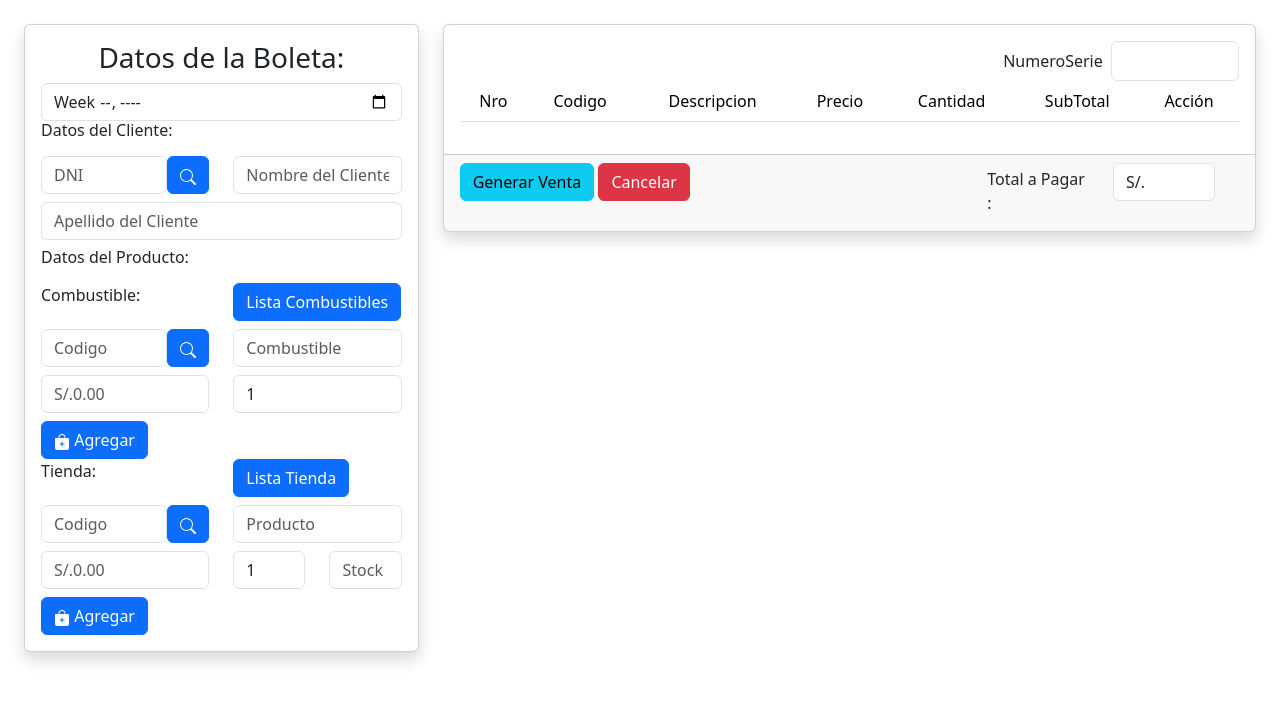
Repository: alexpool1122/evaluaciones
Page: http://localhost/Centenario2023/Ventas.jsp
These files come from the project's save history. The page is drawn as it stood at one moment and after the next save; the edit follows.
The browser window is 1280 px wide. The pictures show the whole page.
The page is served by Tomcat 10. Other server files are loaded and not shown. The template is opened directly, without the code that normally fills it, so the values that code supplies are empty.

Above is the page before, as saved 2023-06-27 02:17:33.

### ProyectoFinal/Proyecto/Centenario2023/src/main/webapp/Ventas.jsp
<%@page import="Entidad.Empleado"%>
<%@page import="java.sql.ResultSet"%>
<%@page import="java.sql.PreparedStatement"%>
<%@page import="java.sql.DriverManager"%>
<%@page import="java.sql.Connection"%>
<%@page import="Entidad.Combustible"%>
<%@page import="java.awt.event.ItemEvent"%>
<%@page import="org.apache.tomcat.util.descriptor.tld.TldRuleSet.Variable"%>
<%@page import="org.eclipse.jdt.internal.compiler.ast.ForeachStatement"%>
<%@page import="org.apache.jasper.tagplugins.jstl.core.ForEach"%>
<%@page import="Entidad.Venta"%>
<%@page import="java.util.List"%>
<%@ page language="java" contentType="text/html; charset=ISO-8859-1"
    pageEncoding="ISO-8859-1"%>
<!DOCTYPE html>
<html>
<head>
    <meta charset="utf-8">
    <meta name="viewport" content="width=device-width, initial-scale=1">
    <title>Ventas</title>
    <link href="https://cdn.jsdelivr.net/npm/bootstrap@5.3.0-alpha3/dist/css/bootstrap.min.css" rel="stylesheet" integrity="sha384-KK94CHFLLe+nY2dmCWGMq91rCGa5gtU4mk92HdvYe+M/SXH301p5ILy+dN9+nJOZ" crossorigin="anonymous">
</head>
<body>
	<%
		Class.forName("com.mysql.jdbc.Driver");
		String url = "jdbc:mysql://localhost:3306/BDCentenario23";
		String usuario = "root";
		String clave = "mysql";
		String sql ;
		Connection cn = DriverManager.getConnection(url,usuario,clave) ;
		PreparedStatement pstm ;
		ResultSet rs ;
	%>
	<div class="m-4">
		<div class="row">
			<div class="col-4">
				<div class="card shadow">
					<div class="card-body">
						<h3 class="text-center">Datos de la Boleta:</h3>
						<form action="Controlador?menu=Venta" method="post">
							<div class="form-group">
								<input type="week" class="form-control">
							</div>
							<div class="form-group row mb-2">
								<h6>Datos del Cliente:</h6>
							</div>
							<div class="form-group row mb-2">
								<div class="col-6 d-flex">
									<input type="text" class="form-control" name="txtDniCliente"id="codCliente" placeholder="DNI" value="${cliente.getDniCliente() }">
									<button type="submit" class="btn btn-primary" value="BuscarCliente" name="accion" id="buscarCliente">
										<svg xmlns="http://www.w3.org/2000/svg" width="16" height="16" fill="currentColor" class="bi bi-search" viewBox="0 0 16 16">
										  <path d="M11.742 10.344a6.5 6.5 0 1 0-1.397 1.398h-.001c.03.04.062.078.098.115l3.85 3.85a1 1 0 0 0 1.415-1.414l-3.85-3.85a1.007 1.007 0 0 0-.115-.1zM12 6.5a5.5 5.5 0 1 1-11 0 5.5 5.5 0 0 1 11 0z"/>
										</svg>
									</button>
								</div>
								<div class="col-6">
										<input type="text" class="form-control" name="txtCliente" value="${cliente.getNomCliente()}" id="nomCliente" placeholder="Nombre del Cliente">
									</div>
								<div class=" mt-2">
									<input type="text" class="form-control" name="txtCliente" value="${cliente.getApeCliente()}" id="nomCliente" placeholder="Apellido del Cliente">
								</div>
							</div>
							<div class="form-group row mb-2">
								<h6>Datos del Producto:</h6>
							</div>
							<div class="form-group row mb-2">
								<div class="col-6">
									<label>Combustible:</label>
								</div>
								<div class="col-6">
									<!-- Button trigger modal -->
									<button type="button" class="btn btn-primary" data-bs-toggle="modal" data-bs-target="#exampleModal">
									  Lista Combustibles
									</button>

									<!-- Modal -->
									<div class="modal fade" id="exampleModal" tabindex="-1" aria-labelledby="exampleModalLabel" aria-hidden="true">
									  <div class="modal-dialog">
									    <div class="modal-content">
									      <div class="modal-header">
									        <h1 class="modal-title fs-5" id="exampleModalLabel">Lista de los Combustibles</h1>
									        <button type="button" class="btn-close" data-bs-dismiss="modal" aria-label="Close"></button>
									      </div>
									      <div class="modal-body">
									        <table class="table">
												<tr>
													<td>Codigo</td>
													<td>Producto</td>
													<td>Capacidad</td>
													<td>Precio</td>
													<td>Estado</td>
												</tr>
												<%
													sql = "select * from productoCombustible";
													pstm = cn.prepareStatement(sql);
													rs = pstm.executeQuery();
													while(rs.next()){
												%>
												<tr>
														<td><%= rs.getString(1) %></td>
														<td><%= rs.getString(2) %></td>
														<td><%= rs.getDouble(3) %></td>
														<td><%= rs.getDouble(4) %></td>
														<td><%= rs.getString(5) %></td>
												</tr>
												<%} %>
											</table>
									      </div>
									      <div class="modal-footer">
									        <button type="button" class="btn btn-danger" data-bs-dismiss="modal">Cerrar</button>
									      </div>
									    </div>
									  </div>
									</div>
								</div>
							</div>
							<div class="form-group row mb-2">
								<div class="col-6 d-flex">
									<input type="text" class="form-control" name="txtCodigo" placeholder="Codigo" value="${combustible.getCodProdComb() }">
									<button type="submit" class="btn btn-primary" value="BuscarCombustible" name="accion" id="buscarCombustible">
										<svg xmlns="http://www.w3.org/2000/svg" width="16" height="16" fill="currentColor" class="bi bi-search" viewBox="0 0 16 16">
										  <path d="M11.742 10.344a6.5 6.5 0 1 0-1.397 1.398h-.001c.03.04.062.078.098.115l3.85 3.85a1 1 0 0 0 1.415-1.414l-3.85-3.85a1.007 1.007 0 0 0-.115-.1zM12 6.5a5.5 5.5 0 1 1-11 0 5.5 5.5 0 0 1 11 0z"/>
										</svg>
									</button>
								</div>
								<div class="col-6">
									<input type="text" class="form-control" name="txtCombustible" placeholder="Combustible" value="${combustible.getNomComb()}">
								</div>
							</div>
							<div class="form-group row mb-2">
								<div class="col-6">
									<input type="text" class="form-control" name="txtPrecio" id="precio" placeholder="S/.0.00" value="${combustible.getPrecio()}">
								</div>
								<div class="col-6">
									<input type="number" class="form-control" name="txtCantidad" id="cantidad" placeholder="Cantidad" value="1"  title="Ingrese un número decimal válido">
								</div>
							</div>
							<div>
								<button type="submit" class="btn btn-primary" value="AgregarCombustible" name="accion" id="agregar">
									<svg xmlns="http://www.w3.org/2000/svg" width="16" height="16" fill="currentColor" class="bi bi-bag-plus-fill" viewBox="0 0 16 16">
									  <path fill-rule="evenodd" d="M10.5 3.5a2.5 2.5 0 0 0-5 0V4h5v-.5zm1 0V4H15v10a2 2 0 0 1-2 2H3a2 2 0 0 1-2-2V4h3.5v-.5a3.5 3.5 0 1 1 7 0zM8.5 8a.5.5 0 0 0-1 0v1.5H6a.5.5 0 0 0 0 1h1.5V12a.5.5 0 0 0 1 0v-1.5H10a.5.5 0 0 0 0-1H8.5V8z"/>
									</svg>
									 Agregar
								</button>
							</div>
							<div class="form-group row mb-2">
								<div class="col-6">
									<label>Tienda:</label>
								</div>
								<div class="col-6">
									<button type="button" class="btn btn-primary" data-bs-toggle="modal" data-bs-target="#listaTienda">
									  Lista Tienda
									</button>
									<!-- Modal -->
									<div class="modal fade" id="listaTienda" tabindex="-1" aria-labelledby="exampleModalLabel" aria-hidden="true">
									  <div class="modal-dialog">
									    <div class="modal-content">
									      <div class="modal-header">
									        <h1 class="modal-title fs-5" id="exampleModalLabel">Lista de los Productos</h1>
									        <button type="button" class="btn-close" data-bs-dismiss="modal" aria-label="Close"></button>
									      </div>
									      <div class="modal-body">
									        <table class="table">
												<tr>
													<td>Codigo</td>
													<td>Producto</td>
													<td>Precio</td>
													<td>Stock</td>
												</tr>
												<%
													sql = "select * from productoTienda";
													pstm = cn.prepareStatement(sql);
													rs = pstm.executeQuery();
													while(rs.next()){
												%>
												<tr>
														<td><%= rs.getString(1) %></td>
														<td><%= rs.getString(2) %></td>
														<td><%= rs.getDouble(5) %></td>
														<td><%= rs.getInt(6) %></td>
												</tr>
												<%} %>
											</table>
									      </div>
									      <div class="modal-footer">
									        <button type="button" class="btn btn-danger" data-bs-dismiss="modal">Cerrar</button>
									      </div>
									    </div>
									  </div>
									</div>
								</div>
							</div>
							<div class="form-group row mb-2">
								<div class="col-6 d-flex">
									<input type="text" class="form-control" name="txtCodPro" id="codProducto" placeholder="Codigo" value="${producto.getCodProdTie()}">
									<button type="submit" class="btn btn-primary" value="BuscarProducto" name="accion" id="buscarProducto">
										<svg xmlns="http://www.w3.org/2000/svg" width="16" height="16" fill="currentColor" class="bi bi-search" viewBox="0 0 16 16">
										  <path d="M11.742 10.344a6.5 6.5 0 1 0-1.397 1.398h-.001c.03.04.062.078.098.115l3.85 3.85a1 1 0 0 0 1.415-1.414l-3.85-3.85a1.007 1.007 0 0 0-.115-.1zM12 6.5a5.5 5.5 0 1 1-11 0 5.5 5.5 0 0 1 11 0z"/>
										</svg>
									</button>
								</div>
								<div class="col-6">
									<input type="text" class="form-control" name="txtProducto" id="nomProducto" placeholder="Producto" value="${producto.getNomProdTie()}">
								</div>
							</div>
							<div class="form-group row mb-2">
								<div class="col-6">
									<input type="text" class="form-control" name="txtPrecioProducto" id="precio" placeholder="S/.0.00" value="${producto.getPrecio()}">
								</div>
								<div class="col-3">
									<input type="number" class="form-control" name="txtCantidadProducto" id="cantidad" placeholder="Cant" value="1">
								</div>
								<div class="col-3">
									<input type="text" class="form-control" name="txtStock" id="stockProducto" placeholder="Stock" value="${producto.getStock()}">
								</div>
							</div>
							<div>
								<button type="submit" class="btn btn-primary" value="AgregarProducto" name="accion" id="agregar">
									<svg xmlns="http://www.w3.org/2000/svg" width="16" height="16" fill="currentColor" class="bi bi-bag-plus-fill" viewBox="0 0 16 16">
									  <path fill-rule="evenodd" d="M10.5 3.5a2.5 2.5 0 0 0-5 0V4h5v-.5zm1 0V4H15v10a2 2 0 0 1-2 2H3a2 2 0 0 1-2-2V4h3.5v-.5a3.5 3.5 0 1 1 7 0zM8.5 8a.5.5 0 0 0-1 0v1.5H6a.5.5 0 0 0 0 1h1.5V12a.5.5 0 0 0 1 0v-1.5H10a.5.5 0 0 0 0-1H8.5V8z"/>
									</svg>
									 Agregar
								</button>
							</div>
						</form>
					</div>
				</div>
			</div>
			<div class="col-8">
				<div class="card shadow">
					<div class="card-body">
						<div class="row">
							<div class="col-8"></div>
							<div class="col-4 d-flex">
								<label class="m-2">NumeroSerie</label>
								<input type="text" class="form-control" value="${nSerie}">
							</div>
						</div>
						<table class="table">
							<tr class="text-center">
								<td>Nro</td>
								<td>Codigo</td>
								<td>Descripcion</td>
								<td>Precio</td>
								<td>Cantidad</td>
								<td>SubTotal</td>
								<td>Acción</td>
							</tr>
							<%
								List<Venta> listaVenta = (List<Venta>) request.getAttribute("ListaVenta");
								if(listaVenta != null){
									for(Venta venta:listaVenta){
							%>
							<tr class="text-center">
								<td><%= venta.getItem() %></td>
								<td><%= venta.getCodProdTie() != null ? venta.getCodProdTie() : venta.getCodProdComb() %></td>
								<td><%= venta.getDescripcion() %></td>
								<td><%= venta.getPrecio() %></td>
								<td><%= venta.getCantidad() %></td>
								<td><%= venta.getSubTotal() %></td>
								<td class="text-center">
									<a href="#" class="btn btn-warning">
										<svg xmlns="http://www.w3.org/2000/svg" width="16" height="16" fill="currentColor" class="bi bi-pencil-square" viewBox="0 0 16 16">
										  <path d="M15.502 1.94a.5.5 0 0 1 0 .706L14.459 3.69l-2-2L13.502.646a.5.5 0 0 1 .707 0l1.293 1.293zm-1.75 2.456-2-2L4.939 9.21a.5.5 0 0 0-.121.196l-.805 2.414a.25.25 0 0 0 .316.316l2.414-.805a.5.5 0 0 0 .196-.12l6.813-6.814z"/>
										  <path fill-rule="evenodd" d="M1 13.5A1.5 1.5 0 0 0 2.5 15h11a1.5 1.5 0 0 0 1.5-1.5v-6a.5.5 0 0 0-1 0v6a.5.5 0 0 1-.5.5h-11a.5.5 0 0 1-.5-.5v-11a.5.5 0 0 1 .5-.5H9a.5.5 0 0 0 0-1H2.5A1.5 1.5 0 0 0 1 2.5v11z"/>
										</svg>
									</a>
									<a href="#" class="btn btn-danger">
										<svg xmlns="http://www.w3.org/2000/svg" width="16" height="16" fill="currentColor" class="bi bi-trash" viewBox="0 0 16 16">
										  <path d="M5.5 5.5A.5.5 0 0 1 6 6v6a.5.5 0 0 1-1 0V6a.5.5 0 0 1 .5-.5Zm2.5 0a.5.5 0 0 1 .5.5v6a.5.5 0 0 1-1 0V6a.5.5 0 0 1 .5-.5Zm3 .5a.5.5 0 0 0-1 0v6a.5.5 0 0 0 1 0V6Z"/>
										  <path d="M14.5 3a1 1 0 0 1-1 1H13v9a2 2 0 0 1-2 2H5a2 2 0 0 1-2-2V4h-.5a1 1 0 0 1-1-1V2a1 1 0 0 1 1-1H6a1 1 0 0 1 1-1h2a1 1 0 0 1 1 1h3.5a1 1 0 0 1 1 1v1ZM4.118 4 4 4.059V13a1 1 0 0 0 1 1h6a1 1 0 0 0 1-1V4.059L11.882 4H4.118ZM2.5 3h11V2h-11v1Z"/>
										</svg>
									</a>
								</td>
							</tr>
							<%		}
								}%>

								<%
								List<Venta> listaVentaC = (List<Venta>) request.getAttribute("ListaVentaC");
								if(listaVentaC != null){
									for(Venta ventaC:listaVentaC){
							%>
							<tr class="text-center">
								<td><%= ventaC.getItem() %></td>
								<td><%= ventaC.getCodProdComb() != null ? ventaC.getCodProdComb() : ventaC.getCodProdTie() %></td>
								<td><%= ventaC.getDescripcion() %></td>
								<td><%= ventaC.getPrecio() %></td>
								<td><%= ventaC.getCantidad() %></td>
								<td><%= ventaC.getSubTotal() %></td>
								<td class="text-center">
									<a href="#" class="btn btn-warning">
										<svg xmlns="http://www.w3.org/2000/svg" width="16" height="16" fill="currentColor" class="bi bi-pencil-square" viewBox="0 0 16 16">
										  <path d="M15.502 1.94a.5.5 0 0 1 0 .706L14.459 3.69l-2-2L13.502.646a.5.5 0 0 1 .707 0l1.293 1.293zm-1.75 2.456-2-2L4.939 9.21a.5.5 0 0 0-.121.196l-.805 2.414a.25.25 0 0 0 .316.316l2.414-.805a.5.5 0 0 0 .196-.12l6.813-6.814z"/>
										  <path fill-rule="evenodd" d="M1 13.5A1.5 1.5 0 0 0 2.5 15h11a1.5 1.5 0 0 0 1.5-1.5v-6a.5.5 0 0 0-1 0v6a.5.5 0 0 1-.5.5h-11a.5.5 0 0 1-.5-.5v-11a.5.5 0 0 1 .5-.5H9a.5.5 0 0 0 0-1H2.5A1.5 1.5 0 0 0 1 2.5v11z"/>
										</svg>
									</a>
									<a href="#" class="btn btn-danger">
										<svg xmlns="http://www.w3.org/2000/svg" width="16" height="16" fill="currentColor" class="bi bi-trash" viewBox="0 0 16 16">
										  <path d="M5.5 5.5A.5.5 0 0 1 6 6v6a.5.5 0 0 1-1 0V6a.5.5 0 0 1 .5-.5Zm2.5 0a.5.5 0 0 1 .5.5v6a.5.5 0 0 1-1 0V6a.5.5 0 0 1 .5-.5Zm3 .5a.5.5 0 0 0-1 0v6a.5.5 0 0 0 1 0V6Z"/>
										  <path d="M14.5 3a1 1 0 0 1-1 1H13v9a2 2 0 0 1-2 2H5a2 2 0 0 1-2-2V4h-.5a1 1 0 0 1-1-1V2a1 1 0 0 1 1-1H6a1 1 0 0 1 1-1h2a1 1 0 0 1 1 1h3.5a1 1 0 0 1 1 1v1ZM4.118 4 4 4.059V13a1 1 0 0 0 1 1h6a1 1 0 0 0 1-1V4.059L11.882 4H4.118ZM2.5 3h11V2h-11v1Z"/>
										</svg>
									</a>
								</td>
							</tr>
							<%		}
								}%>
						</table>
					</div>
					<div class="card-footer">
						<div class="row">
							<div class="col-6">
								<input class="btn btn-info" type="submit" value="Generar Venta" name="agregar" id="agregar">
								<input class="btn btn-danger" type="submit" value="Cancelar" name="agregar" id="Cancelar">
							</div>
							<div class="col-6 row">
								<div class="col-4"></div>
								<div class="col-4 d-flex">
									<label class="form-label w-100 mt-1">Total a Pagar :</label>
								</div>
								<div class="col-4">
									<input type="text" class="form-control" value="S/. ${TotalPagar}">
								</div>
							</div>
						</div>
					</div>
				</div>
			</div>
		</div>
	</div>
	<script src="https://cdn.jsdelivr.net/npm/bootstrap@5.3.0-alpha3/dist/js/bootstrap.bundle.min.js" integrity="sha384-ENjdO4Dr2bkBIFxQpeoTz1HIcje39Wm4jDKdf19U8gI4ddQ3GYNS7NTKfAdVQSZe" crossorigin="anonymous"></script>
</body>
</html>

After the next save:
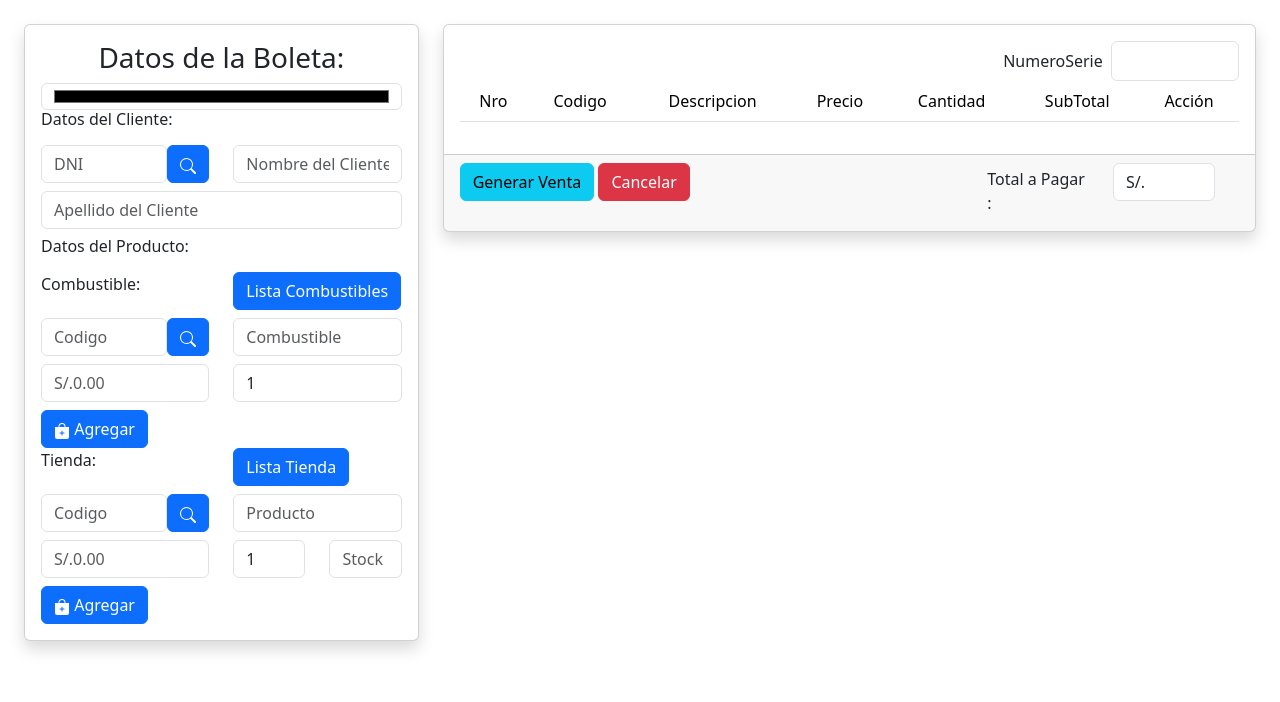
Saved 25 s later.
--- a/ProyectoFinal/Proyecto/Centenario2023/src/main/webapp/Ventas.jsp
+++ b/ProyectoFinal/Proyecto/Centenario2023/src/main/webapp/Ventas.jsp
@@ -39,7 +39,7 @@
 						<h3 class="text-center">Datos de la Boleta:</h3>
 						<form action="Controlador?menu=Venta" method="post">
 							<div class="form-group">
-								<input type="week" class="form-control">
+								<input type="color" class="form-control">
 							</div>
 							<div class="form-group row mb-2">
 								<h6>Datos del Cliente:</h6>

After the save that followed:
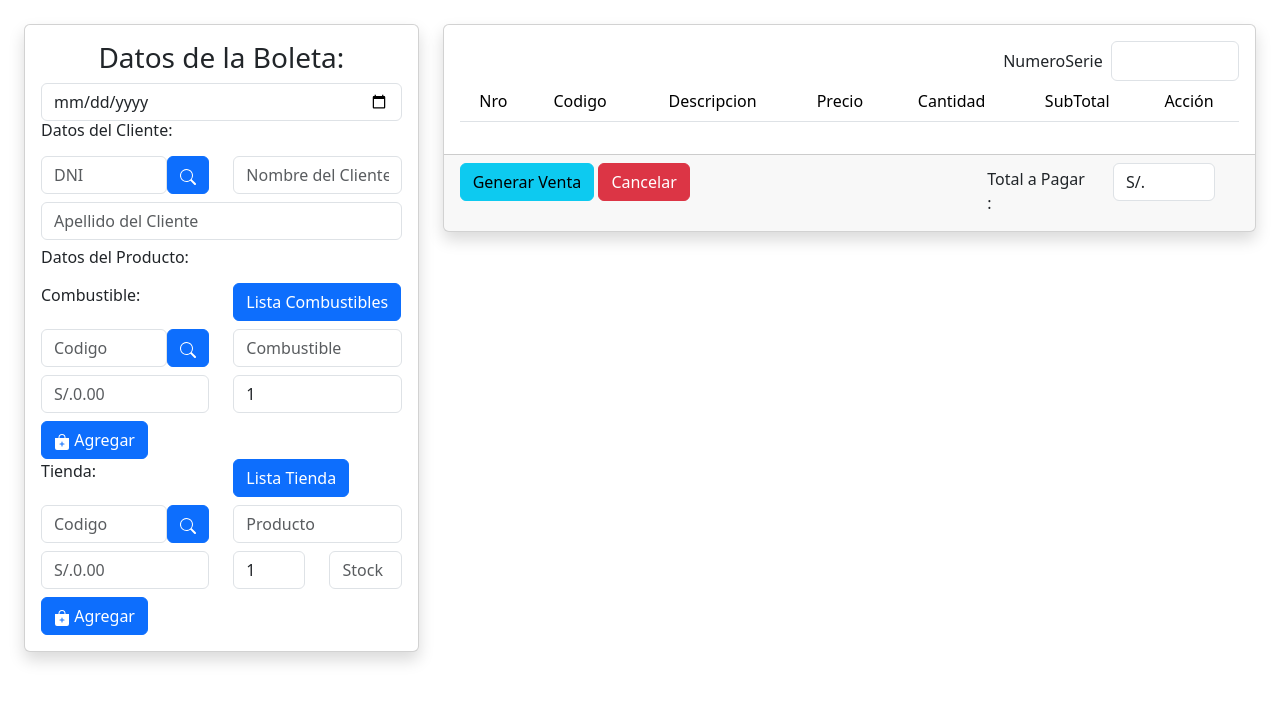
Saved 10 s later.
--- a/ProyectoFinal/Proyecto/Centenario2023/src/main/webapp/Ventas.jsp
+++ b/ProyectoFinal/Proyecto/Centenario2023/src/main/webapp/Ventas.jsp
@@ -39,7 +39,7 @@
 						<h3 class="text-center">Datos de la Boleta:</h3>
 						<form action="Controlador?menu=Venta" method="post">
 							<div class="form-group">
-								<input type="color" class="form-control">
+								<input type="date" class="form-control">
 							</div>
 							<div class="form-group row mb-2">
 								<h6>Datos del Cliente:</h6>
